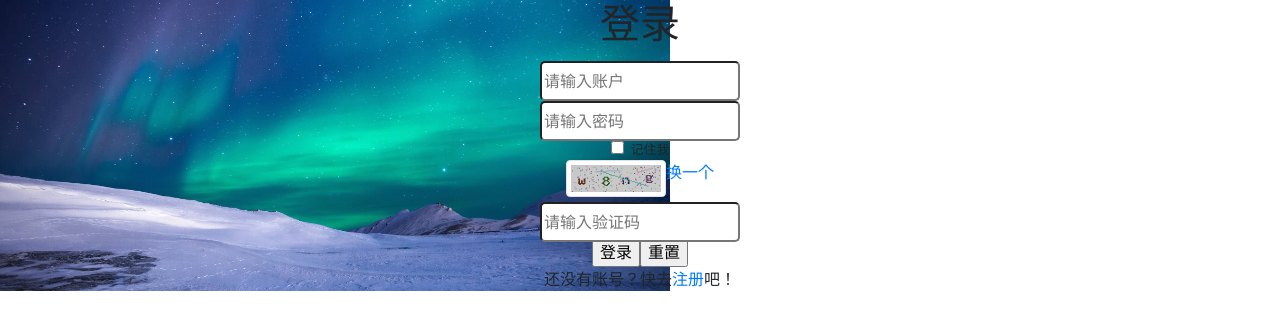
Repository: DHUAVH/Blog
Page: http://localhost/login.php
The author's editor kept a copy of each file at every save. The page is drawn from the files as they stood at one save, then again after the next save.
The browser window is 1280 px wide. The pictures show the whole page.
Some web libraries are served in a nearby version. The page is run by PHP 8.4 with error messages shown; the project is at /var/www/html/.

Above is the page before, as saved 2020-11-29 17:47:11.

### login.php
<!DOCTYPE html>
<html lang="en">
<head>
    <meta charset="UTF-8">
    <meta name="viewport" content="width=device-width, initial-scale=1.0">
    <link rel="stylesheet" type="text/css" href="CSS\blog.css">
    <link rel="stylesheet" href="https://cdn.staticfile.org/twitter-bootstrap/4.3.1/css/bootstrap.min.css">
    <script src="https://cdn.staticfile.org/jquery/3.2.1/jquery.min.js"></script>
    <script src="https://cdn.staticfile.org/popper.js/1.15.0/umd/popper.min.js"></script>
    <script src="https://cdn.staticfile.org/twitter-bootstrap/4.3.1/js/bootstrap.min.js"></script>
    <title>登陆界面</title>

</head>

<body class="background">
    <div class="container">
        <h1 class="text-center">登录</h1>
        <div class="row">
            <div class="col-sm-4 offset-sm-4">    <!--使用网格系统和偏移量设置居中-->
                <form role="form" action="loginAction.php" method="POST">
                    <div class="text-center">
                        <input class="login_iradius" id="ID" type="text" name="username"
                            value="<?php echo isset($_COOKIE['username']) ? $_COOKIE['username'] : "";?>"  placeholder="请输入账户" required>
                    </div>

                    <div class="text-center">
                        <input class="login_iradius" id="lastname" type="password" name="password" placeholder="请输入密码" required>
                    </div>

                    <div class="form-check text-center">
                        <label class="form-check-label">
                            <input class="form-check-input" type="checkbox"><small>记住我</small>
                        </label>
                    </div>

                    <span colspan="2" class="text-center" style="color:red;font-size:10px;"></span>
                    <?php
                        $err = isset($_GET["err"]) ? $_GET["err"] : "";
                        switch($err){
                            case 1:
                                // 可取消的警告框
                                echo "<div class='alert alert-danger alert-dismissible fade show' role='alert'>";
                                echo "<strong>用户名或密码错误!请检查用户名或重新输入密码！</strong>";
                                echo "<button type=button' class='close' data-dismiss='alert' aria-label='Close'>";
                                echo "<span aria-hidden='true'>&times;</span>";
                                echo "</button>";
                            break;

                            case 2:
                                // 可取消的警告框
                                echo "<div class='alert alert-waring alert-dismissible fade show' role='alert'>";
                                echo "<strong>警告!用户名和密码不能为空！</strong>";
                                echo "<button type=button' class='close' data-dismiss='alert' aria-label='Close'>";
                                echo "<span aria-hidden='true'>&times;</span>";
                                echo "</button>";
                            break;

                            case 3:
                                // 可取消的警告框
                                echo "<div class='alert alert-danger alert-dismissible fade show' role='alert'>";
                                echo "<strong>验证码错误!请重新输入验证码！</strong>";
                                echo "<button type=button' class='close' data-dismiss='alert' aria-label='Close'>";
                                echo "<span aria-hidden='true'>&times;</span>";
                                echo "</button>";
                            break;
                        }
                    ?>

                    <div class="d-flex justify-content-center">
                        <img id="captcha" src="captcha.php?r=<?php echo rand();?>" width="100" class="img-thumbnail">
                        <a href="javascript:void(0)" onclick="document.getElementById('captcha').src='captcha.php?r='+Math.random()">换一个</a>
                    </div>

                    <div class="text-center">
                        <input class="login_iradius" type="text" name="authcode" placeholder="请输入验证码" required>
                    </div>

                    <div class="d-flex justify-content-center">
                        <input type="submit" name="login" value="登录">
                        <input type="reset" name="reset" value="重置">
                    </div>

                    <div class="text-center">
                        <span colspan="2" >还没有账号？快去<a href="register.php">注册</a>吧！</span>
                    </div>
                </form>
            </div>
        </div>
    </div>
</body>
</html>

### captcha.php
<?php
  session_start();

  $image = imagecreatetruecolor(100,30);
  $bgcolor = imagecolorallocate($image,200,200,200);
  imagefill($image,0,0,$bgcolor);

  //验证码内容
  $captcha_code = '';
  for($i=0;$i<4;$i++){
      $fontsize = 5;
      $x = ($i*100 / 4) + rand(5,10);
      $y = rand(5,10);
      $data = 'abcdefghkmnprstuvwx345678';
      $str = $data[rand(0,strlen($data))];
      $captcha_code .= $str;
      $fontcolor = imagecolorallocate($image,rand(0,120),rand(0,120),rand(0,120));
      imagestring($image,$fontsize,$x,$y,$str,$fontcolor);
  }

  $_SESSION['authcode'] = $captcha_code;

  //增加点干扰元素
  for($i=0;$i<200;$i++){
      $pointcolor = imagecolorallocate($image,rand(50,200),rand(50,200),rand(50,200));
      imagesetpixel($image,rand(1,99),rand(1,29),$pointcolor);
  }

  //增加线干扰元素
  for($i=0;$i<4;$i++){
      $linecolor = imagecolorallocate($image,rand(80,220),rand(80,220),rand(80,220));
      imageline($image,rand(1,99),rand(1,29),rand(1,99),rand(1,29),$linecolor);
  }


  header('content-type:image/png');    //输出图片的信息
  imagepng($image);   //输出图片

  imagedestroy($image);
?>

### CSS/blog.css
.background{
    background:url(../images/bg.jpg);
    background-size:contain;
    background-repeat: no-repeat;
}

.search_iradius{
    border-radius: 10px;
    position: relative;
    top: 2px;
    width: 200px;
    height: 35px;
 }

 .login_iradius{
    border-radius: 5px;
    position: relative;
    top: 5px;
    width: 200px;
    height: 40px;
 }

 #result{
    position: absolute;
    top: 58px;
    left: 70px;
    z-index: 999;
    width: 300px;
    height: auto;
    background-color: white;
    border-radius: 5px;
 }

After the next save:
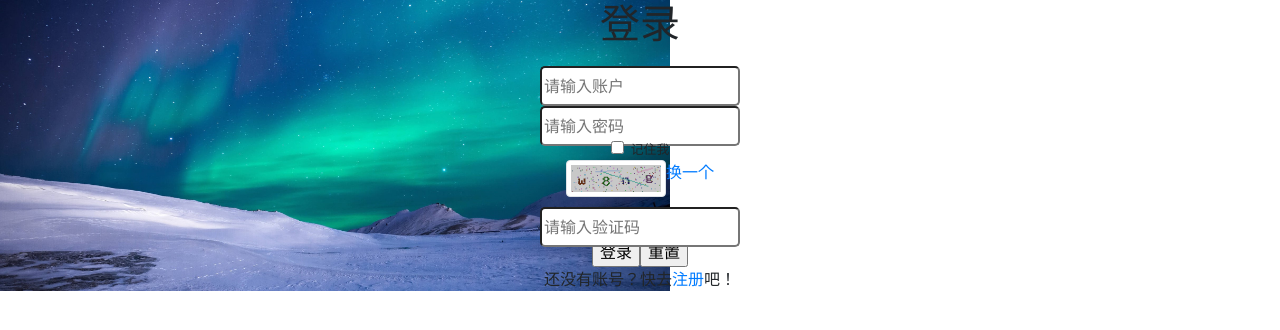
Saved 31 s later.
--- a/CSS/blog.css
+++ b/CSS/blog.css
@@ -15,7 +15,7 @@
  .login_iradius{
     border-radius: 5px;
     position: relative;
-    top: 5px;
+    top: 10px;
     width: 200px;
     height: 40px;
  }

After the save that followed:
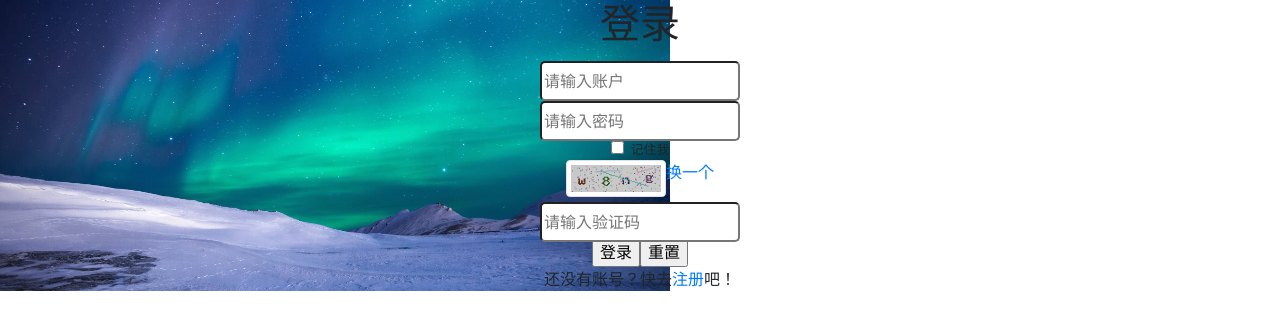
Saved 25 s later.
--- a/CSS/blog.css
+++ b/CSS/blog.css
@@ -15,7 +15,7 @@
  .login_iradius{
     border-radius: 5px;
     position: relative;
-    top: 10px;
+    top: 5px;
     width: 200px;
     height: 40px;
  }
